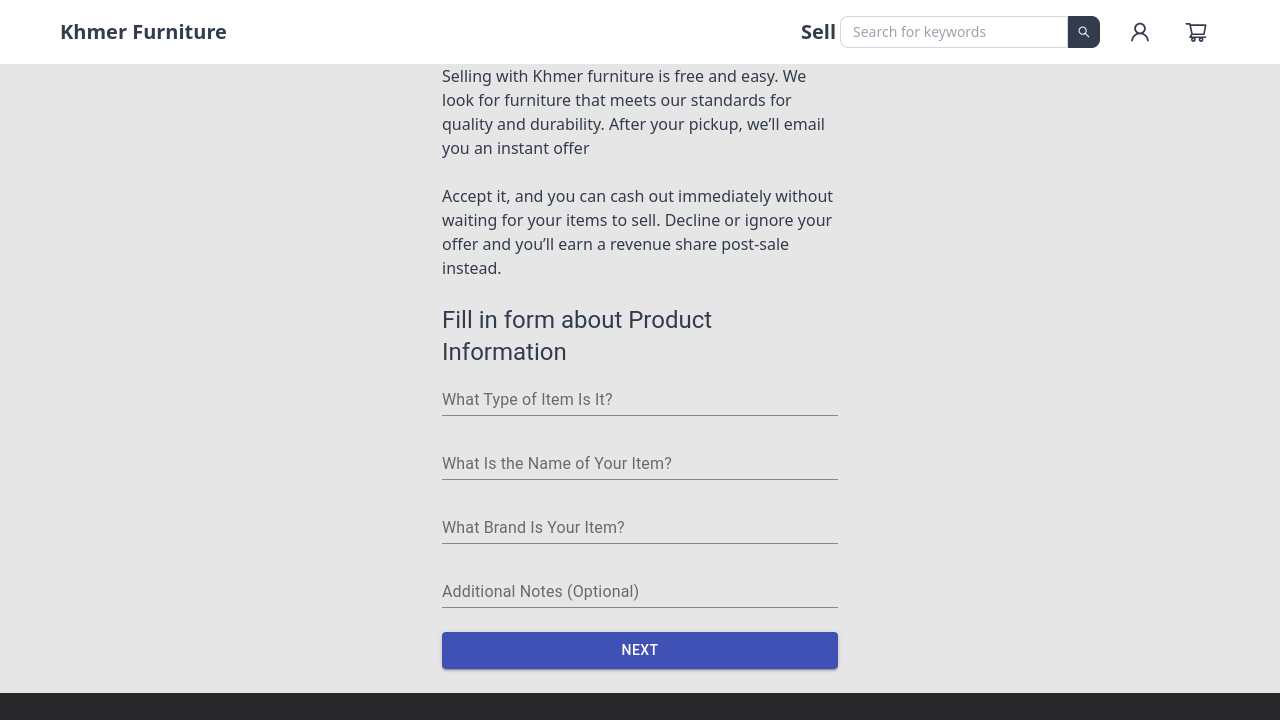
Repository: PlayerNguyen/dotot-shop
Page: /sell (app in client/)
An editor plug-in stored every save of this project. The page is shown before and after the next save, followed by the edit.
The browser window is 1280 px wide. The pictures show the whole page.
An inner scrolling area shows only its first screen. The project was rebuilt for these pictures with package versions that can differ from the ones it lists, and the page was loaded fresh each time. Also part of the build but not shown: client/src/components/NoMatch/NoMatch.jsx, client/src/components/Sell/UserDetails.js, client/src/components/Sell/Confirmation.js, client/src/components/Sell/Success.js.

Above is the page before, as saved 2022-12-06 12:40:37.

### client/src/index.html
<!DOCTYPE html>
<html lang="en" data-theme="emerald">
  <head>
    <meta charset="UTF-8" />
    <meta http-equiv="X-UA-Compatible" content="IE=edge" />
    <meta name="viewport" content="width=device-width, initial-scale=1.0" />
    <title>dotot.com - Nơi mua bán đồ cũ</title>
    <link rel="stylesheet" href="./index.css" />
  </head>
  <body>
    <div id="app"></div>

    <script src="./index.js" type="module"></script>
  </body>
</html>

### client/src/index.js
import React, { Suspense } from "react";
import client from "react-dom/client";
import { BrowserRouter } from "react-router-dom";
import App from "./App";
import "./index.css";
const appElement = document.getElementById("app");
let root = client.createRoot(appElement);
import { Provider } from "react-redux";
import { store } from "./stores/globalStore";

root.render(
  <React.StrictMode>
    <BrowserRouter>
      <Provider store={store}>
        <App />
      </Provider>
    </BrowserRouter>
  </React.StrictMode>
);

### client/src/App.jsx
import React, { Suspense } from "react";
import { ToastContainer } from "react-toastify";
import { Link, Route, Routes } from "react-router-dom";
const Home = React.lazy(() => import("./components/Home/Home"));
const Credentials = React.lazy(() =>
  import("./components/Credentials/Credentials")
);
import "react-toastify/dist/ReactToastify.css";
const SignUp = React.lazy(() => import("./components/Credentials/SignUp"));
const SignIn = React.lazy(() => import("./components/Credentials/SignIn"));
import Navbar from "./components/Navbar/Navbar";
const SignOut = React.lazy(() => import("./components/Credentials/SignOut"));
const CredentialSelection = React.lazy(() =>
  import("./components/Credentials/CredentialSelection")
);

import NoMatch from "./components/NoMatch/NoMatch";
import Footer from "./components/Footer/Footer";

const Product = React.lazy(() => import("./components/Product/Product"));
const ProductView = React.lazy(() =>
  import("./components/Product/ProductView")
);
const Profile = React.lazy(() => import("./components/Profile/Profile"));
const ProfileGeneral = React.lazy(() =>
  import("./components/Profile/ProfileGeneral")
);
const RequestSignedIn = React.lazy(() =>
  import("./components/RequestSignedIn/RequestSignedIn")
);

import { AiFillHome, AiOutlineUser } from "react-icons/ai";
const Checkout = React.lazy(() => import("./components/Checkout/Checkout"));

import Sell from "./components/Sell/Sell";

export default function App() {
  return (
    <div className="drawer bg-base-200">
      <input id="app-drawer" type="checkbox" className="drawer-toggle" />

      <div className="drawer-content flex flex-col">
        {/* Navbar */}
        <Suspense>
          <Navbar />
        </Suspense>

        {/* Render home */}
        <Routes>
          <Route path="/">
            <Route
              index
              element={
                <Suspense>
                  <Home />
                </Suspense>
              }
            />
            <Route
              path="/users"
              element={
                <Suspense>
                  <Credentials />
                </Suspense>
              }
            >
              {/* TODO: check whether user is logged in or not, to put current */}
              <Route
                index
                element={
                  <Suspense>
                    <CredentialSelection />
                  </Suspense>
                }
              />
              <Route
                path="/users/sign-up"
                element={
                  <Suspense>
                    <SignUp />
                  </Suspense>
                }
              />
              <Route
                path="/users/sign-in"
                element={
                  <Suspense>
                    <SignIn />
                  </Suspense>
                }
              />
              <Route path="/users/sign-out" element={<SignOut />} />
            </Route>
            <Route
              path="/products"
              element={
                <Suspense>
                  <Product />
                </Suspense>
              }
            >
              <Route
                path=":productId"
                element={
                  <Suspense>
                    <ProductView />
                  </Suspense>
                }
              />
            </Route>
            <Route
              element={
                <Suspense>
                  <RequestSignedIn />
                </Suspense>
              }
            >
              <Route
                path="/profile"
                element={
                  <Suspense>
                    <Profile />
                  </Suspense>
                }
              >
                <Route
                  path="/profile/general"
                  element={
                    <Suspense>
                      <ProfileGeneral />
                    </Suspense>
                  }
                />
              </Route>
            </Route>
            <Route
              path="/checkout"
              element={
                <Suspense>
                  <Checkout />
                </Suspense>
              }
            ></Route>
            <Route path="/sell" element={<Sell />} />
            <Route path="*" element={<NoMatch />} />
          </Route>
        </Routes>

        {/* Footer */}
        <Footer />
      </div>
      {/* Drawer side */}
      <div className="drawer-side">
        <label htmlFor="app-drawer" className="drawer-overlay"></label>
        <ul className="menu p-4 overflow-y-auto w-80 bg-base-100">
          <li>
            <Link to="/" className="">
              <i>
                <AiFillHome />
              </i>
              <span>Home</span>
            </Link>
          </li>

          <li>
            <Link to="/profile">
              <i>
                <AiOutlineUser />
              </i>
              <span>Users</span>
            </Link>
          </li>
        </ul>
      </div>

      <ToastContainer />
    </div>
  );
}

### client/src/stores/globalStore.ts
import { configureStore } from "@reduxjs/toolkit";
import cartSliceReducer from "../slices/CartSlice";
export const store = configureStore({
  reducer: {
    cart: cartSliceReducer,
  },
});

// Infer the `RootState` and `AppDispatch` types from the store itself
export type RootState = ReturnType<typeof store.getState>;
// Inferred type: {posts: PostsState, comments: CommentsState, users: UsersState}
export type AppDispatch = typeof store.dispatch;

### client/src/components/Navbar/Navbar.jsx
import { useState } from "react";
import {
  AiFillSetting,
  AiOutlineSearch,
  AiOutlineShoppingCart,
  AiOutlineUser,
} from "react-icons/ai";
import { ImExit } from "react-icons/im";
import { FiMenu } from "react-icons/fi";
import { Link } from "react-router-dom";

export default function Navbar() {
  const [cartSize, setCartSize] = useState(0);
  const [signedIn, setSignedIn] = useState(false);

  useState(() => {
    setSignedIn(localStorage.getItem("token") !== null);
  }, [localStorage]);

  return (
    <div className="navbar bg-base-100 lg:px-12">
      {/* Navbar start section */}
      <div className="flex flex-row lg:hidden">
        <label htmlFor="app-drawer" className="drawer-button btn btn-ghost">
          <FiMenu className="text-xl" />
        </label>
      </div>

      <div className="flex-1 px-3">
        <Link to="/">
          <h1 className="text-xl font-bold">Khmer Furniture</h1>
        </Link>
      </div>

      {/* Wide screen  */}
      <div className="hidden lg:flex flex-row gap-1 text-2xl">
      <Link to="/sell">
          <h1 className="text-xl font-bold">Sell </h1>
          <span></span>
        </Link>
        {/* Search group */}
        <div>
          <div className=" input-group">
            <input
              className="input input-bordered input-sm"
              placeholder="Search for keywords"
            />
            <button className="btn btn-square btn-sm">
              <AiOutlineSearch />
            </button>
          </div>
        </div>
        {/* Link group */}
        <div className="menu menu-horizontal p-2 rounded-box text-md">
          {!signedIn ? (
            <li>
              <Link to={"/users/"}>
                <AiOutlineUser />
              </Link>
            </li>
          ) : (
            <li>
              <div className="dropdown dropdown-end dropdown-hover block">
                <label tabIndex={0}>
                  <AiOutlineUser />
                </label>
                <ul
                  tabIndex={0}
                  className="menu dropdown-content p-2 shadow bg-base-100 rounded-box w-52 mt-4 text-sm"
                >
                  <li className="block">
                    <Link to="/profile">
                      <AiFillSetting />
                      Profile
                    </Link>
                  </li>
                  <li className="block">
                    <Link to={`/users/sign-out`}>
                      <ImExit />
                      Sign out
                    </Link>
                  </li>
                </ul>
              </div>
            </li>
          )}

          <li>
            <Link to={"/checkout"} className="relative">
              <AiOutlineShoppingCart />
              {cartSize && cartSize > 0 ? (
                <span className="text-sm ">{cartSize}</span>
              ) : null}
            </Link>
          </li>
        </div>
      </div>

      {/* For small screen */}
      <div className="lg:hidden">
        <div className="menu menu-horizontal p-2 rounded-box text-xl">
          {/* Shopping cart */}
          <li>
            <a className="relative">
              <span>
                <AiOutlineShoppingCart />
              </span>
              {cartSize && cartSize > 0 ? (
                <span className="absolute text-sm left-2 top-2 bg-red-400 px-2 rounded-full text-white">
                  {cartSize}
                </span>
              ) : null}
            </a>
          </li>
          {/* Search */}
          <li>
            <a className="relative">
              <AiOutlineSearch />
            </a>
          </li>
        </div>
      </div>
    </div>
  );
}

### client/src/components/Footer/Footer.jsx
import React from "react";
import { AiFillFacebook, AiFillPhone } from "react-icons/ai";

export default function Footer() {
  return (
    <div className="footer-wrapper bg-zinc-800 text-zinc-100 md:px-12">
      <footer className="footer p-12 min-h-[20vh] flex flex-col gap-4 sm:flex-row  sm:gap-10">
        <div className="flex flex-col gap-1 flex-1">
          {/* <div className="font-bold text-2xl">General</div> */}
          <div className={`font-bold text-2xl`}>Contact</div>

          <div>
            <div className="flex flex-row gap-2">
              <span>
                <AiFillPhone />
              </span>
              <span className="text-zinc-400">(+84) 123456789</span>
            </div>
            {/* Social medias */}
            <div className="flex flex-row text-2xl my-1">
              <div>
                <AiFillFacebook />
              </div>
              <div>
                <AiFillFacebook />
              </div>
            </div>
          </div>
        </div>

        <div className="flex-1">
          <div className="text-2xl font-bold">References</div>
          <div className="text-zinc-400">
            <div>Policies</div>
            <div>Exchange and Refurbish</div>
            <div>Warranty</div>
          </div>
        </div>
      </footer>
    </div>
  );
}

### client/src/components/Sell/Sell.jsx
import React, { Component } from 'react'
import ProductDetails from './ProductDetails';
import UserDetails from './UserDetails';
import Confirmation from './Confirmation';
import Success from './Success';

export default class Sell extends Component{

  state = {
    step: 1,
    category: '',
    productName: '',
    brandName: '',
    firstName: '',
    lastName: '',
    country: '',
    levelOfEducation: '',
  }

  // go back to previous step
  prevStep = () => {
    const { step } = this.state;
    this.setState({ step: step - 1 });
  }

  // proceed to the next step
  nextStep = () => {
    const { step } = this.state;
    this.setState({ step: step + 1 });
  }

  // Handle fields change
  handleChange = input => e => {
    this.setState({ [input]: e.target.value });
  }

  render() {
    const { step } = this.state;
    const { category, productName, brandName, firstName, lastName, country, levelOfEducation } = this.state;
    const values = { category, productName, brandName, firstName, lastName, country, levelOfEducation }

    switch(step) {
      case 1:
        return (
          <ProductDetails
            nextStep={ this.nextStep }
            handleChange={ this.handleChange }
            values={ values }
          />
        )
      case 2:
        return (
          <UserDetails
            prevStep={ this.prevStep }
            nextStep={ this.nextStep }
            handleChange={ this.handleChange }
            values={ values }
          />
        )
      case 3:
          return (
            <Confirmation
              prevStep={ this.prevStep }
              nextStep={ this.nextStep }
              values={ values }
            />
          )
        case 4:
          return (
            <Success />
          )
      default:
          // do nothing
    }
  }

}

### client/src/slices/CartSlice.ts
import { createSlice } from "@reduxjs/toolkit";
import type { PayloadAction } from "@reduxjs/toolkit";

const cart = localStorage.getItem(
  process.env.CART_ITEM_KEY_NAME ? process.env.CART_ITEM_KEY_NAME : "cartItems"
);
const initialState = {
  items: cart ? JSON.parse(cart) : new Set(),
};

const CartSlice = createSlice({
  name: "Cart",
  initialState,
  reducers: {
    addCartItem: (state, action: PayloadAction<string>) => {
      if (!state.items.includes(action.payload)) {
        state.items = [...state.items, action.payload];
      }
    },
    removeCartItem: (state, action: PayloadAction<string>) => {
      state.items = [...state.items].filter((ele) => ele !== action.payload);
    },
    clearCartItem: (state) => {
      state.items = [];
    },
  },
});

export const { addCartItem, removeCartItem, clearCartItem } = CartSlice.actions;

export default CartSlice.reducer;

### client/src/components/Sell/ProductDetails.js
import React from 'react'
// import { makeStyles } from '@material-ui/core/styles';
import { Container, Typography, Grid, TextField, Button } from '@material-ui/core'


const ProductDetails = ({ nextStep, handleChange, values }) => {

    // for continue event listener
    const Continue = e => {
      e.preventDefault();
      nextStep();
    }

    return (
      <Container  component="main" maxWidth="xs">
        <div>
        <div> Selling with Khmer furniture is free and easy. We look for furniture that meets our standards for quality and durability.
          After your pickup, we’ll email you an instant offer </div>
          <br/>
          <div> Accept it, and you can cash out immediately without waiting for your items to sell.
           Decline or ignore your offer and you’ll earn a revenue share post-sale instead.</div>
           <br/>
          <Typography  component="h1" variant="h5" className='content-center bold'>
           Fill in form about Product Information
          </Typography>
          <form>
            <Grid container spacing={2}>
                {/* Category */}
                <Grid item xs={12}>
                  <TextField
                    placeholder="Category type"
                    label="What Type of Item Is It?"
                    onChange={handleChange('category')}
                    defaultValue={values.category}
                    // variant="outlined"
                    // autoComplete="chair"
                    fullWidth
                  />
                </Grid>
                <br />
                {/* Product Name */}
                <Grid item xs={12}>
                  <TextField
                    placeholder="Product Name "
                    label="What Is the Name of Your Item?"
                    onChange={handleChange('productName')}
                    defaultValue={values.productName}
                    // variant="outlined"
                    // autoComplete="productName"
                    fullWidth
                  />
                </Grid>
                <br />
                {/* Brand Name */}
                <Grid item xs={12}>
                  <TextField
                    placeholder="Brand Name"
                    label="What Brand Is Your Item? "
                    onChange={handleChange('brandName')}
                    defaultValue={values.brandName}
                    // variant="outlined"
                    // autoComplete="password"
                    fullWidth
                    // type="password"
                  />
                </Grid>
                  {/* Additional Notes */}
              <Grid item xs={12}>
                <TextField
                  placeholder="Additional Notes (Optional)"
                  label="Additional Notes (Optional)"
                  onChange={handleChange('levelOfEducation')}
                  defaultValue={values.levelOfEducation}
                  autoComplete="Level of Education"
                  fullWidth
                />
              </Grid>
            </Grid>
            <br />
            <Button
              onClick={ Continue }
              type="submit"
              fullWidth
              variant="contained"
              color="primary"
            >
              Next
            </Button>
          </form>
        </div>
        <br/>
      </Container>
    )
  }

  export default ProductDetails

### client/tailwind.config.js
/** @type {import('tailwindcss').Config} */
module.exports = {
  content: ["./src/**/*.{html,js,ts,jsx,tsx}"],
  theme: {
    extend: {},
  },
  plugins: [require("daisyui")],
  // daisyUI config (optional)
  daisyui: {
    styled: true,
    themes: true,
    base: true,
    utils: true,
    logs: true,
    rtl: false,
    prefix: "",
    darkTheme: "dark",
  },
};

Loaded but not shown: client/src/index.css (common file)

After the next save:
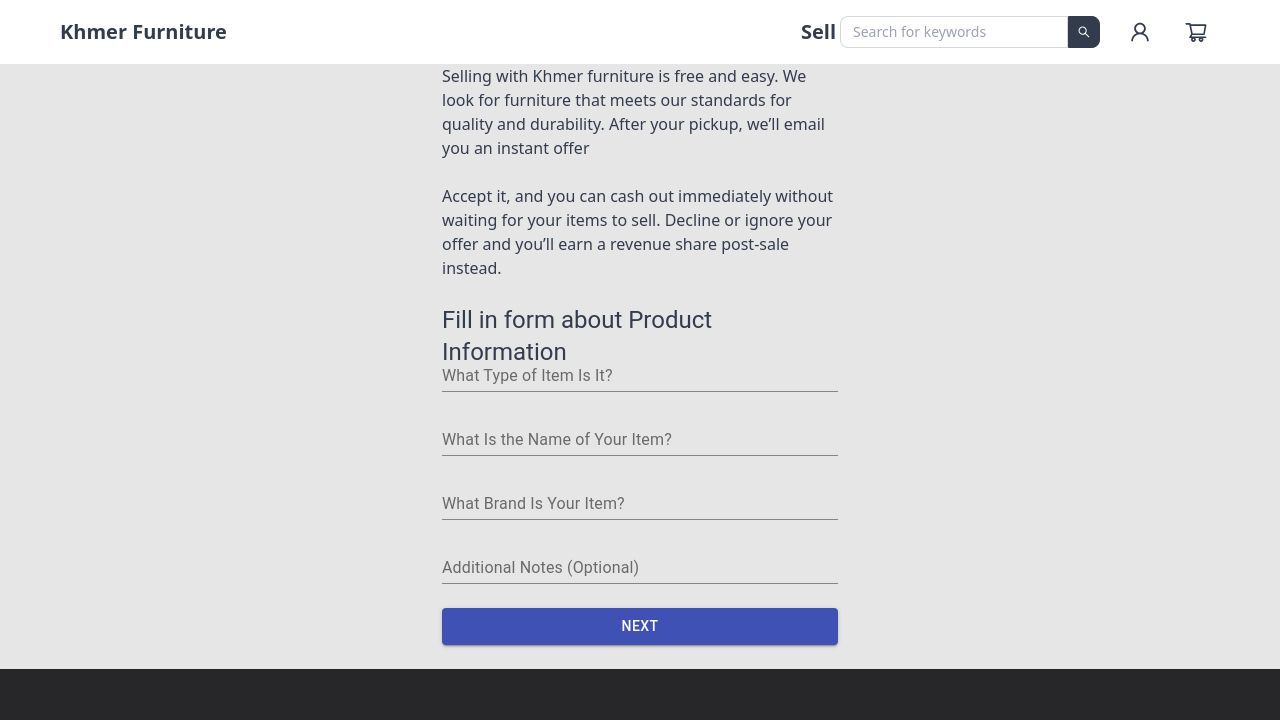
Saved 47 s later.
--- a/client/src/components/Sell/ProductDetails.js
+++ b/client/src/components/Sell/ProductDetails.js
@@ -20,7 +20,7 @@ const ProductDetails = ({ nextStep, handleChange, values }) => {
           <div> Accept it, and you can cash out immediately without waiting for your items to sell.
            Decline or ignore your offer and you’ll earn a revenue share post-sale instead.</div>
            <br/>
-          <Typography  component="h1" variant="h5" className='content-center bold'>
+          <Typography  component="h1" variant="h5" className='h-10'>
            Fill in form about Product Information
           </Typography>
           <form>
